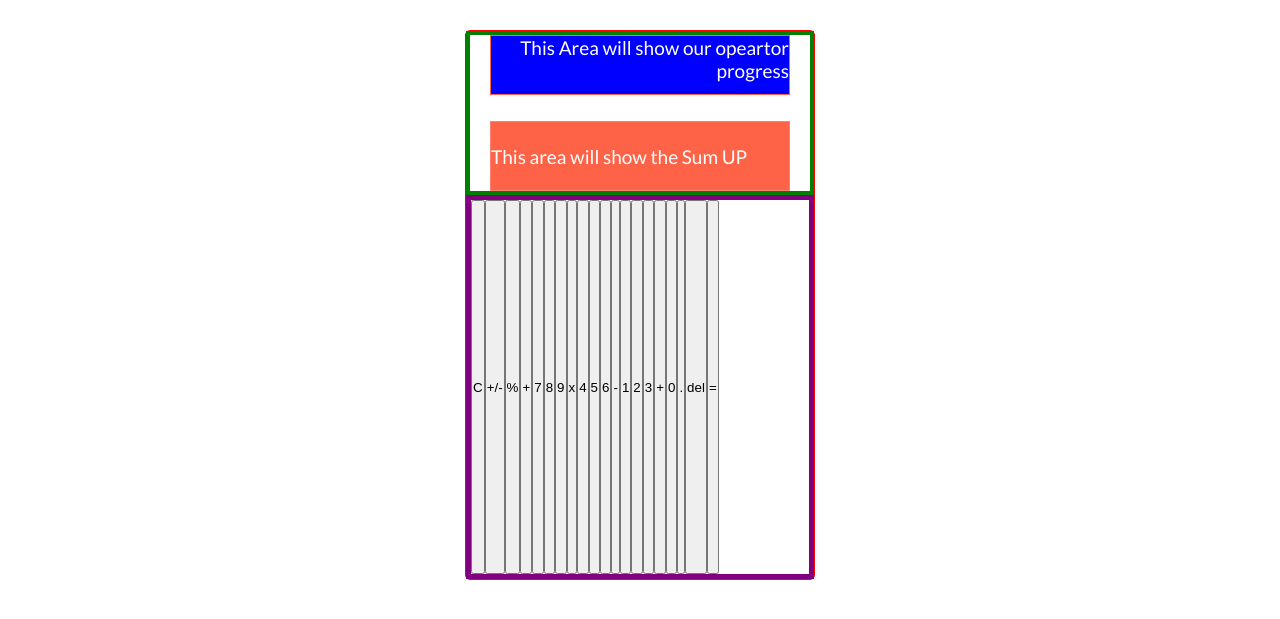
Repository: OfirLana/Calculator
Page: index.html
These files come from the project's save history. The page is drawn as it stood at one moment and after the next save; the edit follows.
The browser window is 1280 px wide. The pictures show the whole page.

Above is the page before, as saved 2019-03-12 21:21:31.

### index.html
<!DOCTYPE html>
<html lang="en">

<head>
    <meta charset="UTF-8">
    <meta name="viewport" content="width=device-width, initial-scale=1.0">
    <meta http-equiv="X-UA-Compatible" content="ie=edge">
    <link href="https://fonts.googleapis.com/css?family=Lato:100,300,400,700,900" rel="stylesheet">
    <title>Document</title>
    <link rel="stylesheet" href="style.css">
</head>

<body>
    <div class="calculator">
        <div class="output_box">
            <div class="main_output">

                This Area will show our opeartor progress

            </div>
            <div class="sub_output">

               This area will show the Sum UP

            </div>
        </div>


        <div class="opeartor_box">
            <button class="btn dlt">C</button>
            <button class="btn">+/-</button>
            <button class="btn">%</button>
            <button class="btn">+</button>
            <button class="btn">7</button>
            <button class="btn">8</button>
            <button class="btn">9</button>
            <button class="btn">x</button>
            <button class="btn">4</button>
            <button class="btn">5</button>
            <button class="btn">6</button>
            <button class="btn">-</button>
            <button class="btn">1</button>
            <button class="btn">2</button>
            <button class="btn">3</button>
            <button class="btn">+</button>
            <button class="btn">0</button>
            <button class="btn">.</button>
            <button class="btn">del</button>
            <button class="btn">=</button>


        </div>








    </div>
    <script src="index.js"></script>
</body>

</html>

### style.css
* {
    margin: 0;
    padding: 0;
    box-sizing: border-box;
}

html {
    font-size: 62.5%;
}

body {
    font-family: "Lato", sans-serif;
    font-size: 1.6rem;
    color: #777;
    padding: 3rem;
}

.calculator {
    display: flex;
    flex-direction: column;
    margin: 0 auto;
    width: 35rem;
    height: 55rem;
    border: 1px solid red;
    border-radius: 5px;
}

.output_box {
    display: flex;
    flex-direction: column;
    flex-basis: 30%;
    border: 4px solid green;
    width: 100%;
    justify-content: space-between;
    padding:0px 20px;
    color:white;
    font-size:19px;
}

.main_output {
    display: flex;
    border: 1px solid blue;
    height: 6rem;
    /* background:blue; */
  border:1px solid tomato;
    width:100%;
    background:blue;
    text-align:end;
    overflow: hidden;
}






.sub_output {
    display: flex;
    border: 1px solid salmon;
    height: 7rem;
    /* background:red; */
    display:flex;
    align-items: center;
    overflow: hidden;
    background:tomato;
}

.opeartor_box{
    display:flex;
    /* flex-direction: column; */
    flex-wrap:wrap;
    width:100%;
    border:5px solid purple;
    flex-basis:70%;
}

.opeartor_button{
    width:25%;
    height:20%;
    background:#1E2326;
    border: 1px solid black;
    color:white;
    font-size:27px;
    font-weight:100;
}

.opeartor_button:active{
    background:blue;
    border:1px solid black;
}

Loaded but not shown: index.js (no copy from this time; the picture is the same without it)

After the next save:
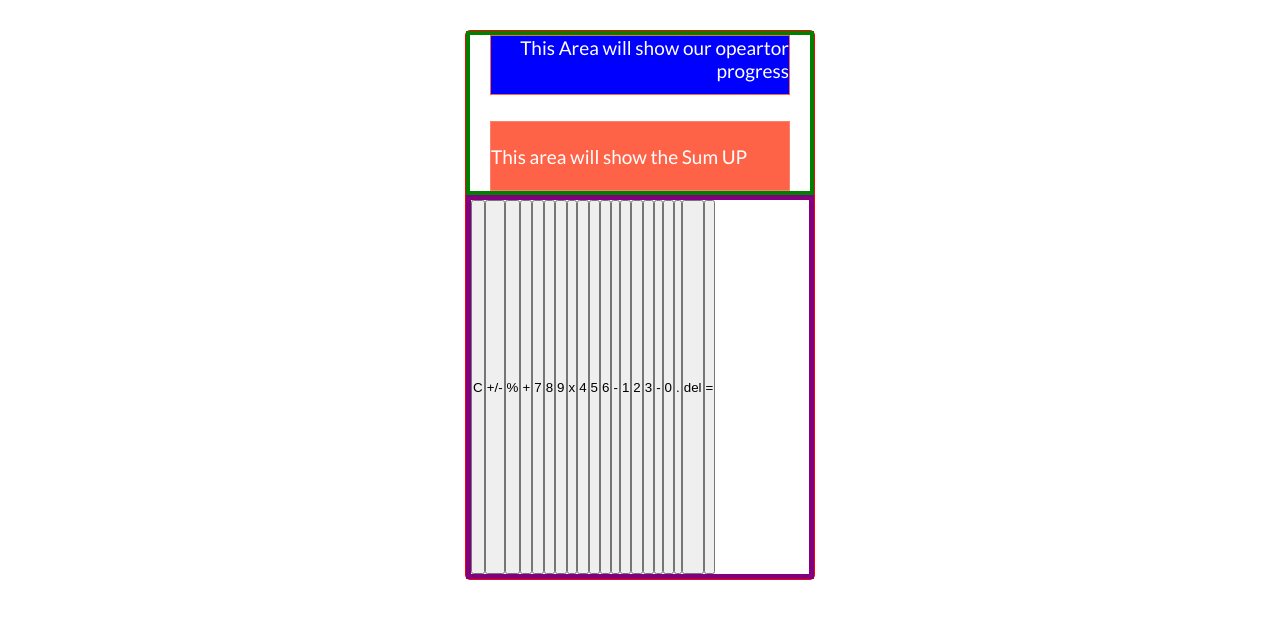
Saved 23 s later.
--- a/index.html
+++ b/index.html
@@ -42,7 +42,7 @@
             <button class="btn">1</button>
             <button class="btn">2</button>
             <button class="btn">3</button>
-            <button class="btn">+</button>
+            <button class="btn">-</button>
             <button class="btn">0</button>
             <button class="btn">.</button>
             <button class="btn">del</button>
